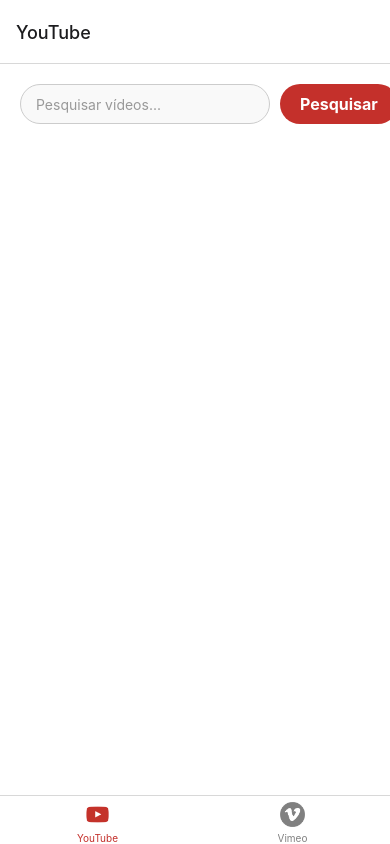
Repository: isaqkee/Youtube-API
Screen: /Home (app in youtubeAPI/)
The author's editor kept a copy of each file at every save. The screen is drawn from the files as they stood at one save, then again after the next save.
The app was drawn by React Native's web renderer in a window 390 px wide. The project was rebuilt for these pictures with package versions that can differ from the ones it lists, and the page was loaded fresh each time. Also part of the build but not shown: youtubeAPI/VimeoScreen.js.

Above is the screen before, as saved 2024-05-27 22:06:00.

### youtubeAPI/App.js
// App.js
import * as React from 'react';
import { NavigationContainer } from '@react-navigation/native';
import { createStackNavigator } from '@react-navigation/stack';
import { createBottomTabNavigator } from '@react-navigation/bottom-tabs';
import { Image } from 'react-native';
import WelcomeScreen from './WelcomeScreen';
import YoutubeScreen from './YoutubeScreen';
import VimeoScreen from './VimeoScreen';

const Stack = createStackNavigator();
const Tab = createBottomTabNavigator();

function HomeTabs() {
  return (
    <Tab.Navigator
      screenOptions={({ route }) => ({
        tabBarIcon: ({ color, size }) => {
          let iconName;
          if (route.name === 'YouTube') {
            iconName = require('./assets/youtube.png');
          } else if (route.name === 'Vimeo') {
            iconName = require('./assets/vimeo.png');
          }
          return <Image source={iconName} style={{ width: size, height: size, tintColor: color }} />;
        },
      })}
      tabBarOptions={{
        activeTintColor: '#c4302b',
        inactiveTintColor: 'gray',
      }}
    >
      <Tab.Screen name="YouTube" component={YoutubeScreen} />
      <Tab.Screen name="Vimeo" component={VimeoScreen} />
    </Tab.Navigator>
  );
}

export default function App() {
  return (
    <NavigationContainer>
      <Stack.Navigator initialRouteName="Welcome">
        <Stack.Screen name="Welcome" component={WelcomeScreen} options={{ headerShown: false }}/>
        <Stack.Screen name="Home" component={HomeTabs} options={{ headerShown: false }}/>
      </Stack.Navigator>
    </NavigationContainer>
  );
}

### youtubeAPI/WelcomeScreen.js
import React from 'react';
import { View, Text, TouchableOpacity, StyleSheet, ImageBackground, Animated } from 'react-native';

export default function WelcomeScreen({ navigation }) {
  const fadeAnim = React.useRef(new Animated.Value(0)).current;

  React.useEffect(() => {
    Animated.timing(fadeAnim, {
      toValue: 1,
      duration: 1000,
      useNativeDriver: true,
    }).start();
  }, [fadeAnim]);

  return (
    <Animated.View style={[styles.container, { opacity: fadeAnim }]}>
      <ImageBackground source={require('./assets/back4.gif')} style={styles.backgroundImage}>
        <Text style={styles.title}>Bem-vindo ao Pesquisa de Vídeos</Text>
        <TouchableOpacity style={styles.button} onPress={() => navigation.navigate('Home')}>
          <Text style={styles.buttonText}>Começar</Text>
        </TouchableOpacity>
      </ImageBackground>
    </Animated.View>
  );
}

const styles = StyleSheet.create({
  container: {
    flex: 1,
    justifyContent: 'center',
    alignItems: 'center',
  },
  backgroundImage: {
    flex: 1,
    resizeMode: 'cover',
    justifyContent: 'center',
    alignItems: 'center',
    width: '100%',
    height: '100%',
  },
  title: {
    fontSize: 32,
    fontWeight: 'bold',
    color: '#fff',
    textAlign: 'center',
    marginBottom: 40,
  },
  button: {
    backgroundColor: '#c4302b',
    paddingVertical: 15,
    paddingHorizontal: 30,
    borderRadius: 30,
  },
  buttonText: {
    fontSize: 18,
    color: '#fff',
    fontWeight: 'bold',
  },
});

### youtubeAPI/YoutubeScreen.js
import React, { useState } from 'react';
import { View, Text, TextInput, TouchableOpacity, ScrollView, StyleSheet, Switch } from 'react-native';
import { WebView } from 'react-native-webview';
import { buscarVideos } from './youtube'; // ou buscarVideosVimeo para Vimeo

export default function VideoScreen() {
  const [pesquisa, setPesquisa] = useState('');
  const [videos, setVideos] = useState([]);
  const [isDarkMode, setIsDarkMode] = useState(false);

  const toggleDarkMode = () => {
    setIsDarkMode(!isDarkMode);
  };

  const pesquisar = async () => {
    try {
      const resultados = await buscarVideos(pesquisa);
      setVideos(resultados);
    } catch (erro) {
      console.error('Erro ao pesquisar vídeos:', erro);
    }
  };

  return (
    <View style={[styles.container, isDarkMode ? styles.darkMode : null]}>
      <View style={styles.header}>
        <TextInput
          style={[styles.input, isDarkMode ? styles.inputDarkMode : null]}
          placeholder="Pesquisar vídeos..."
          placeholderTextColor={isDarkMode ? '#666' : '#999'}
          value={pesquisa}
          onChangeText={setPesquisa}
        />
        <TouchableOpacity style={[styles.button, isDarkMode ? styles.buttonDarkMode : null]} onPress={pesquisar}>
          <Text style={styles.buttonText}>Pesquisar</Text>
        </TouchableOpacity>
        <Switch value={isDarkMode} onValueChange={toggleDarkMode} />
      </View>
      <ScrollView style={styles.scrollView}>
        {videos.map(video => (
          <View key={video.id.videoId} style={styles.videoContainer}>
            <WebView
              style={styles.webview}
              javaScriptEnabled={true}
              domStorageEnabled={true}
              source={{ html: `<iframe width="100%" height="215" src="https://www.youtube.com/embed/${video.id.videoId}" frameborder="0" allowfullscreen></iframe>` }}
            />
            <Text style={styles.videoTitle}>{video.snippet.title}</Text>
          </View>
        ))}
      </ScrollView>
    </View>
  );
}

const styles = StyleSheet.create({
  container: {
    flex: 1,
    backgroundColor: '#fff',
    paddingHorizontal: 20,
    paddingTop: 20,
  },
  darkMode: {
    backgroundColor: '#333',
  },
  header: {
    flexDirection: 'row',
    justifyContent: 'space-between',
    alignItems: 'center',
    marginBottom: 20,
  },
  input: {
    flex: 1,
    height: 40,
    borderWidth: 1,
    borderColor: '#ccc',
    borderRadius: 20,
    paddingHorizontal: 15,
    marginRight: 10,
    color: '#333',
    backgroundColor: '#f9f9f9',
  },
  inputDarkMode: {
    color: '#fff',
    backgroundColor: '#666',
    borderColor: '#666',
  },
  button: {
    backgroundColor: '#c4302b',
    paddingVertical: 10,
    paddingHorizontal: 20,
    borderRadius: 20,
  },
  buttonDarkMode: {
    backgroundColor: '#cf6679',
  },
  buttonText: {
    color: '#fff',
    fontSize: 16,
    fontWeight: 'bold',
  },
  scrollView: {
    flex: 1,
  },
  videoContainer: {
    marginBottom: 20,
    backgroundColor: '#fff',
    borderRadius: 10,
    overflow: 'hidden',
    shadowColor: '#000',
    shadowOffset: {
      width: 0,
      height: 2,
    },
    shadowOpacity: 0.25,
    shadowRadius: 3.84,
    elevation: 5,
  },
  videoTitle: {
    fontSize: 16,
    fontWeight: 'bold',
    paddingHorizontal: 10,
    paddingVertical: 5,
    backgroundColor: '#c4302b',
    color: '#fff',
  },
  webview: {
    width: '100%',
    aspectRatio: 16 / 9,
  },
});

### youtubeAPI/youtube.js
import axios from 'axios';

const API_KEY = 'AIzaSyD36Bn6BKLPz8AdMSyxT2fALm-VOflpI8U';

export const buscarVideos = async (query) => {
  try {
    const pesquisa = await axios.get('https://www.googleapis.com/youtube/v3/search', {
      params: {
        q: query,
        part: 'snippet',
        maxResults: 10,
        type: 'video',
        key: API_KEY,
      },
    });
    return pesquisa.data.items;
  } catch (erro) {
    console.error('Erro ao buscar vídeos do YouTube:', erro);
    throw erro;
  }
};

After the next save:
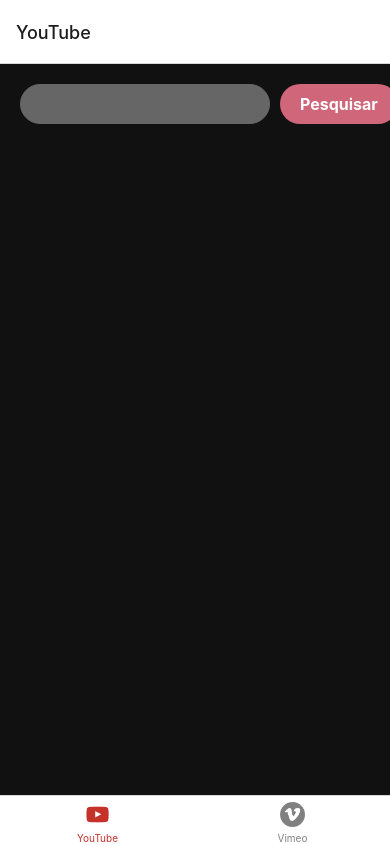
Saved 4 s later.
--- a/youtubeAPI/YoutubeScreen.js
+++ b/youtubeAPI/YoutubeScreen.js
@@ -1,12 +1,13 @@
 import React, { useState } from 'react';
-import { View, Text, TextInput, TouchableOpacity, ScrollView, StyleSheet, Switch } from 'react-native';
+import { View, Text, TextInput, TouchableOpacity, ScrollView, StyleSheet, Switch, Animated } from 'react-native';
 import { WebView } from 'react-native-webview';
 import { buscarVideos } from './youtube'; // ou buscarVideosVimeo para Vimeo
 
 export default function VideoScreen() {
   const [pesquisa, setPesquisa] = useState('');
   const [videos, setVideos] = useState([]);
-  const [isDarkMode, setIsDarkMode] = useState(false);
+  const [isDarkMode, setIsDarkMode] = useState(true);
+  const [bounceValue] = useState(new Animated.Value(0));
 
   const toggleDarkMode = () => {
     setIsDarkMode(!isDarkMode);
@@ -16,6 +17,10 @@
     try {
       const resultados = await buscarVideos(pesquisa);
       setVideos(resultados);
+      Animated.sequence([
+        Animated.timing(bounceValue, { toValue: 1.5, duration: 500, useNativeDriver: true }),
+        Animated.timing(bounceValue, { toValue: 1, duration: 500, useNativeDriver: true }),
+      ]).start();
     } catch (erro) {
       console.error('Erro ao pesquisar vídeos:', erro);
     }
@@ -37,8 +42,8 @@
         <Switch value={isDarkMode} onValueChange={toggleDarkMode} />
       </View>
       <ScrollView style={styles.scrollView}>
-        {videos.map(video => (
-          <View key={video.id.videoId} style={styles.videoContainer}>
+        {videos.map((video, index) => (
+          <Animated.View key={video.id.videoId} style={[styles.videoContainer, { transform: [{ scale: bounceValue }] }]}>
             <WebView
               style={styles.webview}
               javaScriptEnabled={true}
@@ -46,7 +51,7 @@
               source={{ html: `<iframe width="100%" height="215" src="https://www.youtube.com/embed/${video.id.videoId}" frameborder="0" allowfullscreen></iframe>` }}
             />
             <Text style={styles.videoTitle}>{video.snippet.title}</Text>
-          </View>
+          </Animated.View>
         ))}
       </ScrollView>
     </View>
@@ -56,12 +61,12 @@
 const styles = StyleSheet.create({
   container: {
     flex: 1,
-    backgroundColor: '#fff',
+    backgroundColor: '#222',
     paddingHorizontal: 20,
     paddingTop: 20,
   },
   darkMode: {
-    backgroundColor: '#333',
+    backgroundColor: '#111',
   },
   header: {
     flexDirection: 'row',
@@ -77,8 +82,8 @@
     borderRadius: 20,
     paddingHorizontal: 15,
     marginRight: 10,
-    color: '#333',
-    backgroundColor: '#f9f9f9',
+    color: '#fff',
+    backgroundColor: '#333',
   },
   inputDarkMode: {
     color: '#fff',
@@ -104,7 +109,7 @@
   },
   videoContainer: {
     marginBottom: 20,
-    backgroundColor: '#fff',
+    backgroundColor: '#333',
     borderRadius: 10,
     overflow: 'hidden',
     shadowColor: '#000',
